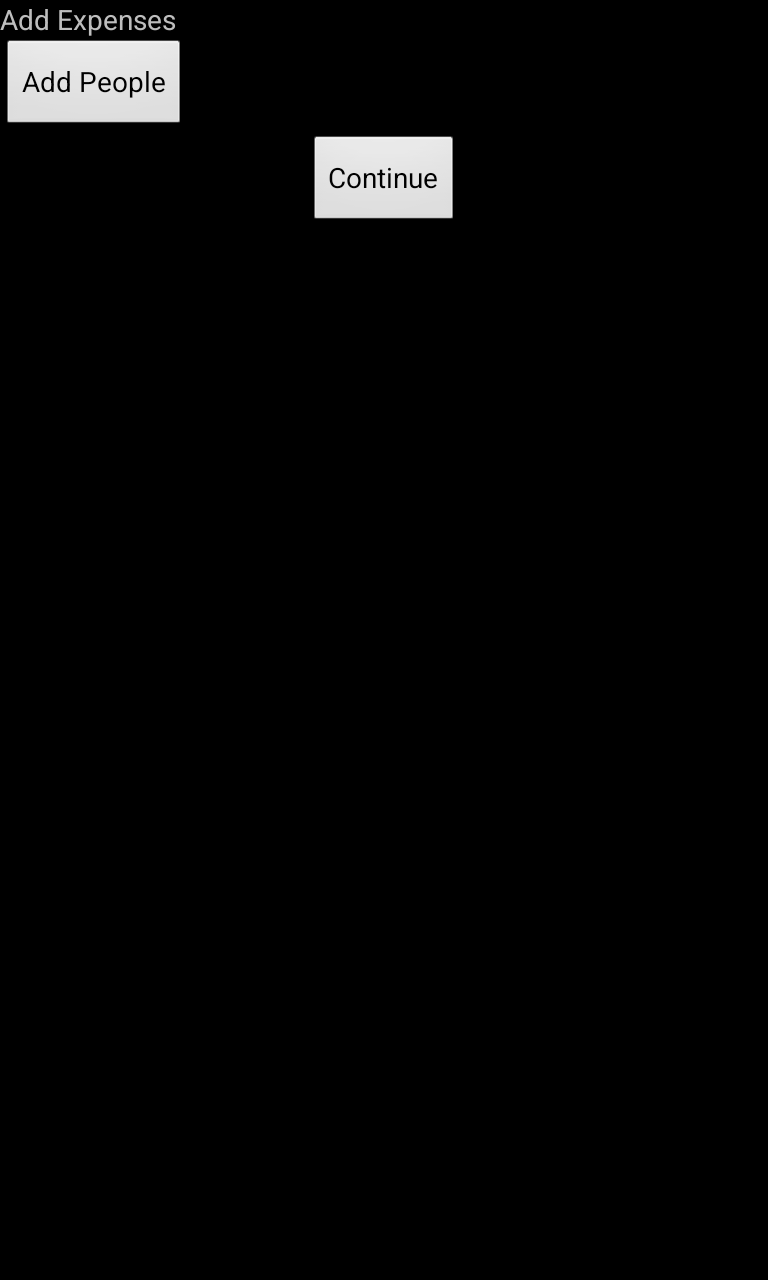
Repository: iyeranan/Expenses
Layout: Expenses/res/layout/shares.xml
These files come from the project's save history. The layout is drawn as it stood at one moment and after the next save; the edit follows.
It is drawn on a 768 x 1280 px phone screen (xhdpi) without system bars, with theme android:Theme; the app's code is not run.

Above is the layout before, as saved 2012-01-08 00:26:28.

After the next save:
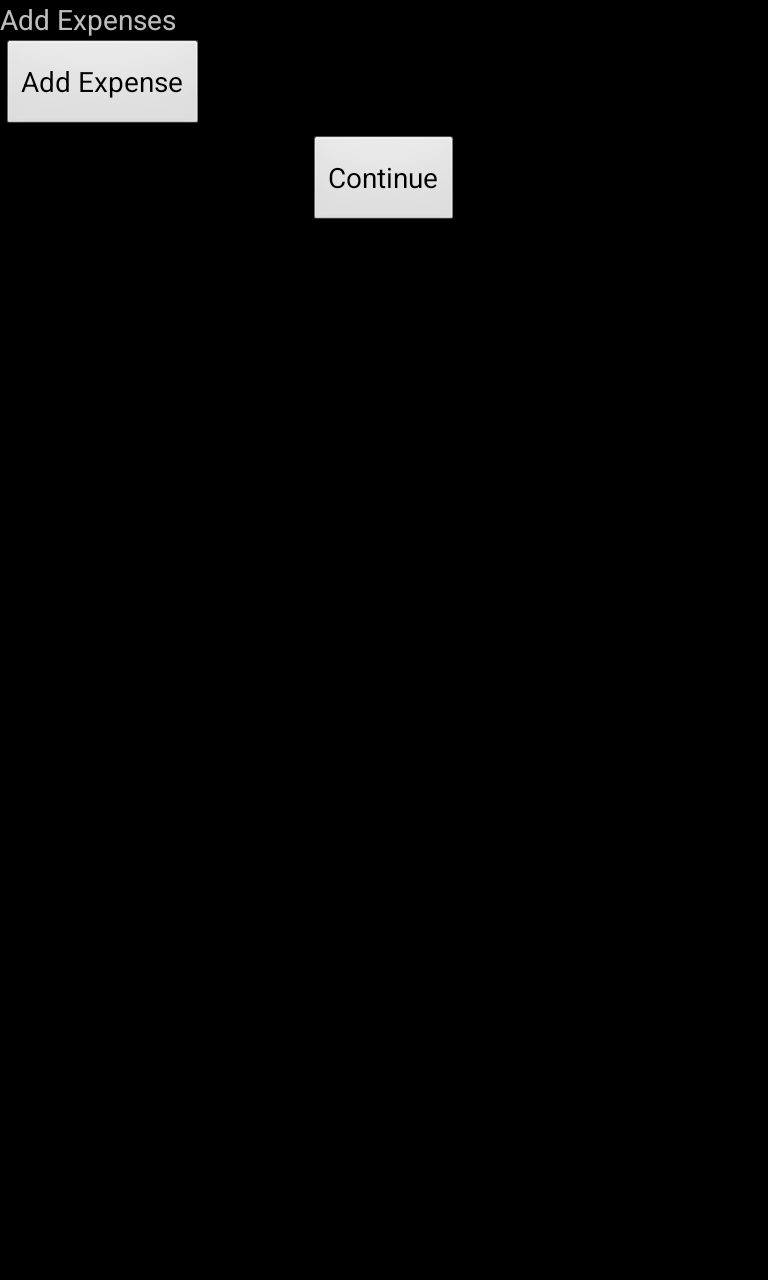
Saved 29 s later.
--- a/Expenses/res/layout/shares.xml
+++ b/Expenses/res/layout/shares.xml
@@ -7,7 +7,7 @@
     android:layout_height="wrap_content"
     android:text="@string/addExpenses"
     />
-<Button android:layout_width="wrap_content" android:layout_height="wrap_content" android:text="Add People" android:id="@+id/btnAddPeople"></Button>
+<Button android:layout_width="wrap_content" android:layout_height="wrap_content" android:id="@+id/btnAddPeople" android:text="Add Expense"></Button>
 <TableLayout android:layout_width="fill_parent" android:layout_height="wrap_content" android:id="@+id/tblPersons">
 </TableLayout>
 <Button android:layout_height="wrap_content" android:layout_width="wrap_content" android:layout_gravity="center_vertical|center_horizontal" android:text="Continue" android:id="@+id/btnContinue"></Button>
